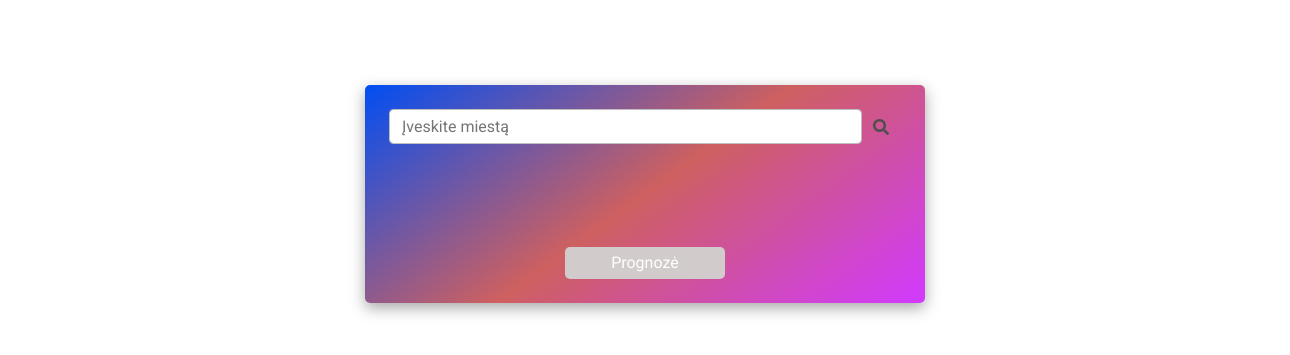
Repository: daxazz1/Weather-app
Page: index.html
The author's editor kept a copy of each file at every save. The page is drawn from the files as they stood at one save, then again after the next save.
The browser window is 1280 px wide. The page is 1280 px wide, then 1290 px, so the pictures cover 1290 px, including what lies to the right of the window. The pictures show the whole page.
Some web fonts or font styles are not loaded; a fallback is used. Some web libraries are served in a nearby version.

Above is the page before, as saved 2021-11-08 12:31:13.

### index.html
<!DOCTYPE html>
<html lang="en">
<head>
    <meta charset="UTF-8">
    <meta http-equiv="X-UA-Compatible" content="IE=edge">
    <meta name="viewport" content="width=device-width, initial-scale=1.0">
    <title>Simple weather app</title>
    <link rel="stylesheet" href="style.css">
    <link rel="preconnect" href="https://fonts.googleapis.com">
<link rel="preconnect" href="https://fonts.gstatic.com" crossorigin>
<link href="https://fonts.googleapis.com/css2?family=Averia+Sans+Libre:wght@300&display=swap" rel="stylesheet">
<link href="https://cdn.jsdelivr.net/npm/bootstrap@5.1.3/dist/css/bootstrap.min.css" rel="stylesheet" integrity="sha384-1BmE4kWBq78iYhFldvKuhfTAU6auU8tT94WrHftjDbrCEXSU1oBoqyl2QvZ6jIW3" crossorigin="anonymous">


<!-- Font Awesome -->
<link
  href="https://cdnjs.cloudflare.com/ajax/libs/font-awesome/5.15.1/css/all.min.css"
  rel="stylesheet"
/>
<!-- Google Fonts -->
<link
  href="https://fonts.googleapis.com/css?family=Roboto:300,400,500,700&display=swap"
  rel="stylesheet"
/>
<!-- MDB -->
<link
  href="https://cdnjs.cloudflare.com/ajax/libs/mdb-ui-kit/3.6.0/mdb.min.css"
  rel="stylesheet"
/>

</head>
<body>


  <div class="content">

    <div id="wrapper1">

      <div class="input-group rounded">
        <input id="city" type="search" class="form-control rounded" placeholder="Įveskite miestą" aria-label="Search"
        aria-describedby="search-addon" required/>
        <span id="search"  class="input-group-text border-0" id="search-addon">
          <i class="fas fa-search"></i>
        </span>
      </div>
          <p class="dt"> <span id="datetime"></span></p>
          <div class="siandien">
          <img id="penktas">
          <div id="pirmas"></div>
          <div id="antras"></div>
          <div id="trecias"></div>
          <div id="ketvirtas"></div>
          </div>
          <br><br>
          <button id="prognoze">Prognozė</button>
    </div>

    <div id="wrapper2">

      <h1 id="h1"></h1>

    <div class="wrap">

      <div class="rytoj1">
        <table>
          <tr>
            <td><h4 id="h4-1"></h4></td>
            <td><img id="sesto-icon"/></td>
            <td><div id="sestas"></div></td>
            <td><div id="septintas"></div></td>
            <td><div id="astuntas"></div></td>
          </tr>
    </div>

    <div class="rytoj2">

        <tr>
      <td><h4 id="h4-2"></h4></td>
      <td> <img id="devinto-icon"/></td>
      <td> <div id="devintas"></div></td>
      <td> <div id="desimtas"></div></td>
      <td> <div id="vienuoliktas"></div></td>
       </tr>

    </div>

    <div class="rytoj3">

        <tr>
          <td> <h4 id="h4-3"></h4></td>
          <td> <img id="dvylikto-icon"/></td>
          <td> <div id="dvyliktas"></div></td>
          <td> <div id="tryliktas"></div></td>
          <td> <div id="keturioliktas"></div></td>
      </tr>
    </table>
    </div>
  </div>
  </div>

</div>

<script src="resources/script.js"></script>
</body>
</html>

### style.css
.content {
  width: 100%;
  height: auto;
  display: block;
  padding-top: 5rem;
  margin: 0 50vh;
}
#wrapper1,
#wrapper2 {
  color: white;
  width: 35rem;
  text-align: center;
  border-radius: 5px;
  margin: 5px;
  background-color: rgb(255, 255, 255);
  padding: 1.5rem;
  box-shadow: rgba(0, 0, 0, 0.35) 0px 5px 15px;
  background: linear-gradient(0.4turn, #014ef3, #ce6060, #c300ffc5);
}

.wrap {
  justify-content: space-around;
  margin-top: 60px;
}
#city {
  width: 60%;
}
button {
  width: 60px;
  height: 45px;
  border: 1px;
  border-radius: 15px;
}
.dt {
  color: rgb(255, 255, 255);
  font-size: 14px;
  padding-top: 10px;
}

#pirmas {
  font-weight: 500;
  font-size: 36px;
}
.rytoj1,
.rytoj2,
.rytoj3 {
  font-size: 12px;
}

#prognoze {
  width: 10rem;
  height: 2rem;
  border: none;
  border-radius: 5px;
  background-color: #d1cbcb;
  color: white;
}
#h4-1,
#h4-2,
#h4-3 {
  font-size: 12px;
}
body {
  display: flex;
  align-items: center;
}

### resources/script.js
let apiKey = '460522f216939cb477f8b66006be7948' // jusu api key
let lang = 'lt' // kalba
let units = 'metric' // naudojama metrine sistema
let city = 'Vilnius' // miestas irasytas inpute

let cityName = document.getElementById('city')
let searchButton = document.getElementById('search')

// uzdedu click eventa ant search mygtuko
searchButton.addEventListener('click', getDataFromApi)

// funkcija kuri gauna duomenis is API
function getDataFromApi() {
    // paimu irasyta miesta is input ir nustatau
    city = cityName.value

    // url yra skirtas pasiimti duomenis is api
    let url = 'https://api.openweathermap.org/data/2.5/forecast?' +
        'q=' + city +
        '&units=' + units +
        '&lang=' + lang +
        '&appid=' + apiKey

    // su fetch funkcija pasiimu duomenis is api (asinchronine funkcija)
    fetch(url)
        .then(response => response.json())
        // data => jusu kodas
        .then(function (data) {
            //paduodu gautus duomenis i funkcija
            showWeatherInDom(data)
        });
}


document.getElementById("wrapper2").style.display = 'none';



// funkcija kuri gauna duomenis ir juos atvaizduoja
function showWeatherInDom(data) {
    // tikrinu ar mano response yra geras
    if (data.cod === '200') {

    // /prognoze siai dienai

        document.getElementById("pirmas").innerHTML =  data.city.name;
        document.getElementById("antras").innerHTML = "Temperatūra: " + Math.round(data.list[0].main.temp) +" °C / " + "Jaučiama:  " + Math.round(data.list[0].main.feels_like) +" °C";
        document.getElementById("trecias").innerHTML = "Vėjo greitis: " + data.list[0].wind.speed + " m/s";
        document.getElementById("ketvirtas").innerHTML = data.list[0].weather[0].description;


        let iconCode =  data.list[0].weather[0].icon;
        let iconUrl = 'http://openweathermap.org/img/wn/' + iconCode + '@2x.png';
        let image = document.getElementById("penktas");
        image.src = iconUrl;

        console.log(data.list)

        //prognoze rytoj

        document.getElementById("sestas").innerHTML =  "Temperatūra: " + Math.round(data.list[6].main.temp) +" °C / " + "Jaučiama:  " + Math.round(data.list[6].main.feels_like) +" °C";
        document.getElementById("septintas").innerHTML = "Vėjo greitis: " + data.list[6].wind.speed + " m/s";
        document.getElementById("astuntas").innerHTML = data.list[6].weather[0].description;

        let iconCode2 =  data.list[6].weather[0].icon;
        let image2 = document.getElementById("sesto-icon");
        let iconUrl2 = 'http://openweathermap.org/img/wn/' + iconCode2 + '@2x.png';
        image2.src = iconUrl2;

     //prognoze poryt

        document.getElementById("devintas").innerHTML =  "Temperatūra: " + Math.round(data.list[14].main.temp) +" °C / " + "Jaučiama:  " + Math.round(data.list[14].main.feels_like) +" °C";
        document.getElementById("desimtas").innerHTML = "Vėjo greitis: " + data.list[14].wind.speed + " m/s";
        document.getElementById("vienuoliktas").innerHTML = data.list[14].weather[0].description;

        let iconCode3 =  data.list[14].weather[0].icon;
        let image3 = document.getElementById("devinto-icon");
        let iconUrl3 = 'http://openweathermap.org/img/wn/' + iconCode3 + '@2x.png';
        image3.src = iconUrl3;

     //prognoze po 2 dienu

        document.getElementById("dvyliktas").innerHTML =  "Temperatūra: " + Math.round(data.list[22].main.temp) +" °C / " + "Jaučiama:  " + Math.round(data.list[22].main.feels_like) +" °C";
        document.getElementById("tryliktas").innerHTML = "Vėjo greitis: " + data.list[22].wind.speed + " m/s";
        document.getElementById("keturioliktas").innerHTML = data.list[22].weather[0].description;

        let iconCode4 =  data.list[22].weather[0].icon;
        let image4 = document.getElementById("dvylikto-icon");
        let iconUrl4 = 'http://openweathermap.org/img/wn/' + iconCode4 + '@2x.png';
        image4.src = iconUrl4;




        document.getElementById("h1").textContent = "Prognozė";
        document.getElementById("h4-1").innerHTML = data.list[6].dt_txt;
        document.getElementById("h4-2").textContent = data.list[14].dt_txt;
        document.getElementById("h4-3").textContent = data.list[22].dt_txt;

        //Šios dienos data
        let dt = new Date();
        document.getElementById("datetime").innerHTML = "Data: " + dt.toLocaleString();

    } else {
        console.log('Kazkas negerai', data)
    }
}

//miesto pasirinkimas Enter mygtuku

let input = document.getElementById("city");
input.addEventListener("keyup", function(event) {
    if (event.keyCode === 13) {
        event.preventDefault();
        document.getElementById("search").click();
    }
});

//prognozes langas appear/dissapear

function tomorrowWeatherDiv() {

    const wrapperis = document.getElementById('wrapper2');
    if (wrapperis.style.display !== "none") {
        wrapperis.style.display = "none";
    }else {
        wrapperis.style.display = "block";
        }
    }
document.getElementById("prognoze").addEventListener('click', tomorrowWeatherDiv)

After the next save:
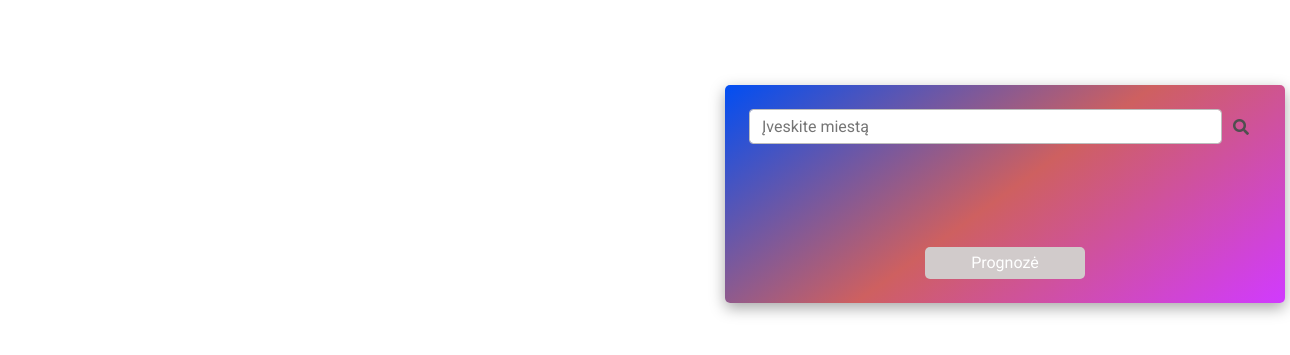
Saved 5 s later.
--- a/style.css
+++ b/style.css
@@ -3,7 +3,7 @@
   height: auto;
   display: block;
   padding-top: 5rem;
-  margin: 0 50vh;
+  margin: 0 100vh;
 }
 #wrapper1,
 #wrapper2 {
